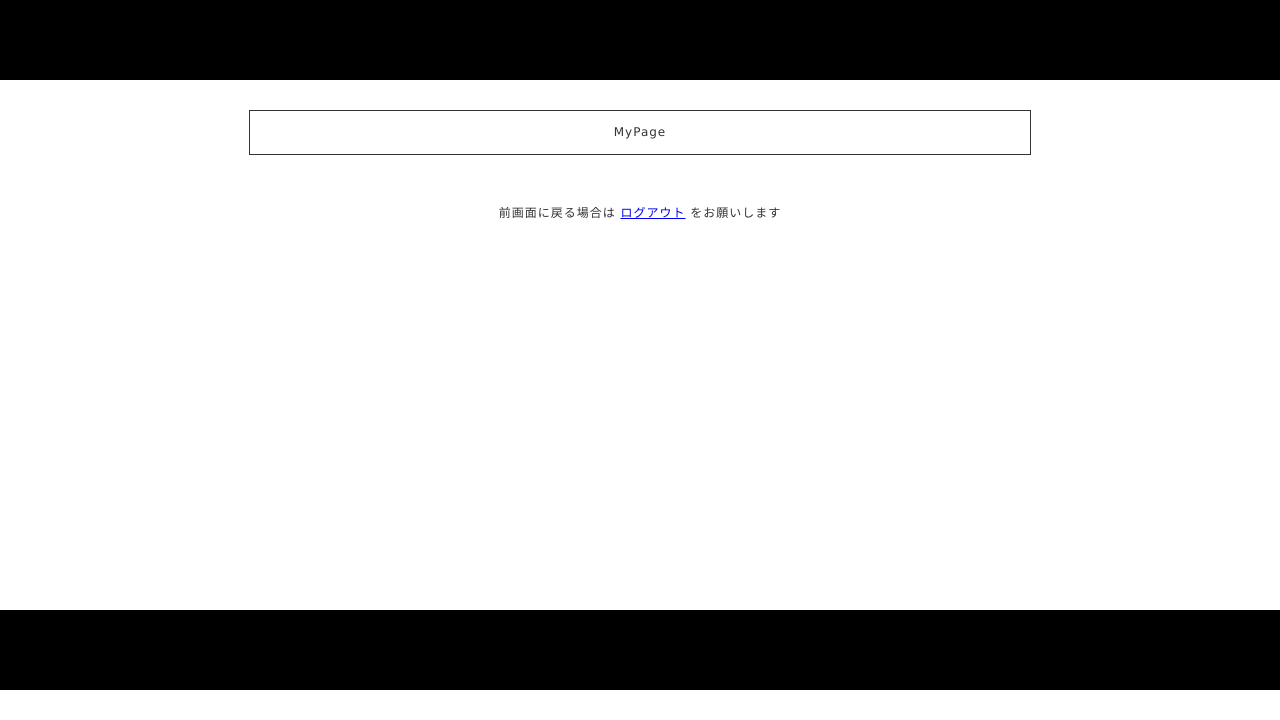
Repository: b1116248/test
Page: http://localhost/template/myPage.jsp
An editor plug-in stored every save of this project. The page is shown before and after the next save, followed by the edit.
The browser window is 1280 px wide. The pictures show the whole page.
The page is served by Tomcat 9.

Above is the page before, as saved 2018-07-26 02:46:41.

After the next save:
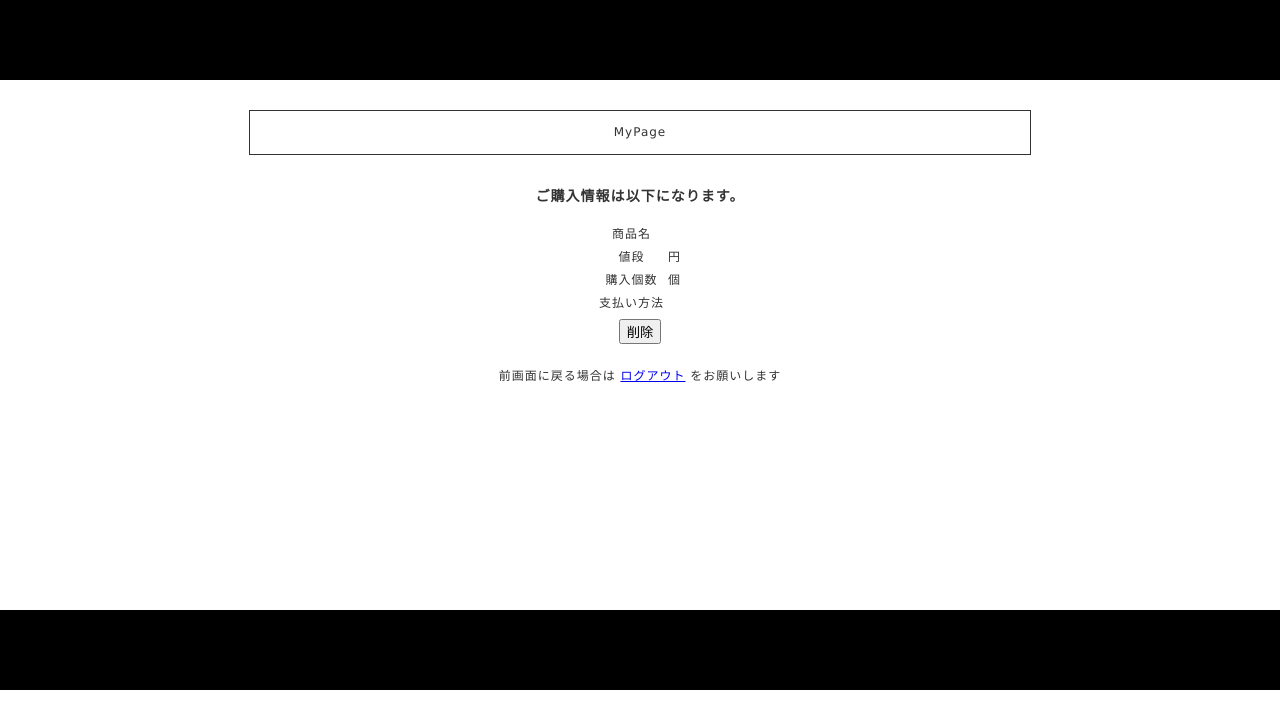
Saved 23 s later.
--- a/template/WebContent/myPage.jsp
+++ b/template/WebContent/myPage.jsp
@@ -73,7 +73,7 @@
 		</div>
 		<div>
 
-			<s:if test="session message ==''">
+<%-- 			<s:if test="session message ==''"> --%>
 				<h3>ご購入情報は以下になります。</h3>
 				<table>
 					<tr>
@@ -109,7 +109,7 @@
 					<s:submit value="削除" method="delete"/>
 				</s:form>
 
-			</s:if>
+<%-- 			</s:if> --%>
 			<s:if test="session.message !=null">
 				<h3><s:property value="session.message"/></h3>
 			</s:if>

After the 3 saves that followed:
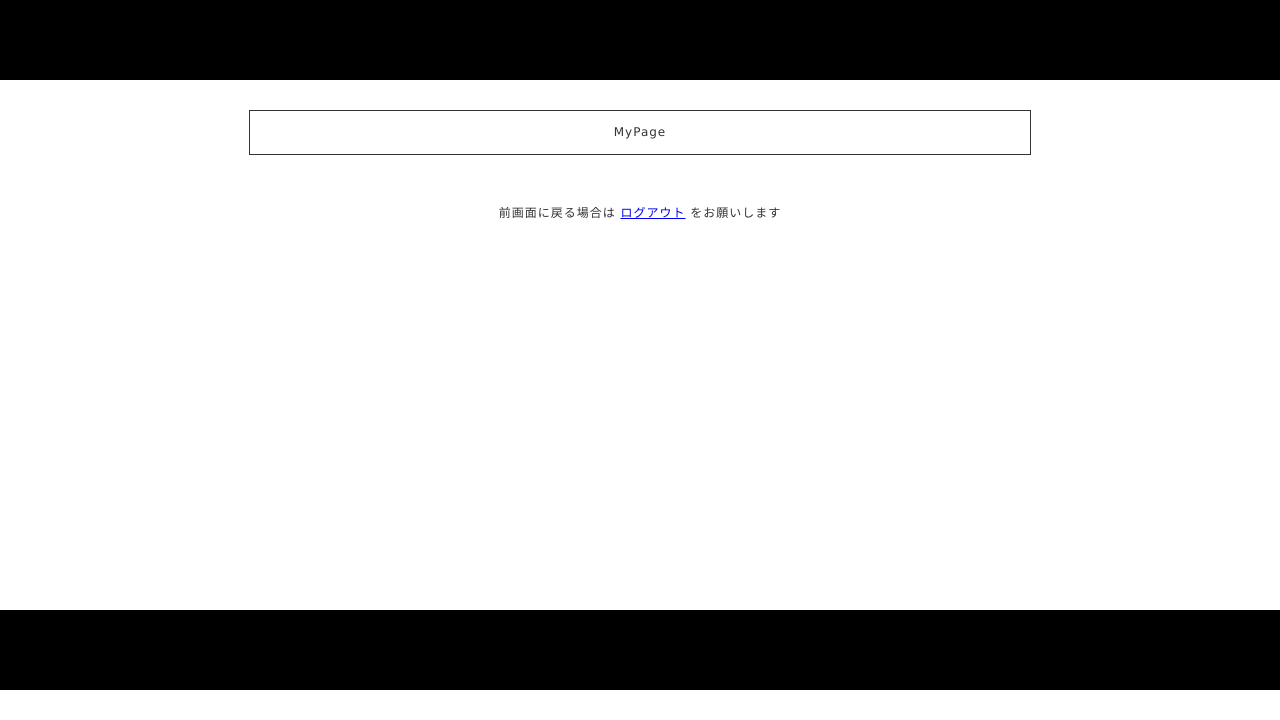
The 3 saves are shown as one change because 1 did not build or start and 1 left the picture as it was.
The last was saved 2 min 0 s later.
--- a/template/WebContent/myPage.jsp
+++ b/template/WebContent/myPage.jsp
@@ -73,7 +73,7 @@
 		</div>
 		<div>
 
-<%-- 			<s:if test="session message ==''"> --%>
+			<s:if test="session message ==''">
 				<h3>ご購入情報は以下になります。</h3>
 				<table>
 					<tr>
@@ -109,13 +109,10 @@
 					<s:submit value="削除" method="delete"/>
 				</s:form>
 
-<%-- 			</s:if> --%>
+			</s:if>
 			<s:if test="session.message !=null">
 				<h3><s:property value="session.message"/></h3>
 			</s:if>
-<%-- 			<s:if test="session.message == null"> --%>
-<!-- 				<h3>テスト</h3> -->
-<%-- 			</s:if> --%>
 				<div>
 					<br>
 					<span>前画面に戻る場合は</span>
